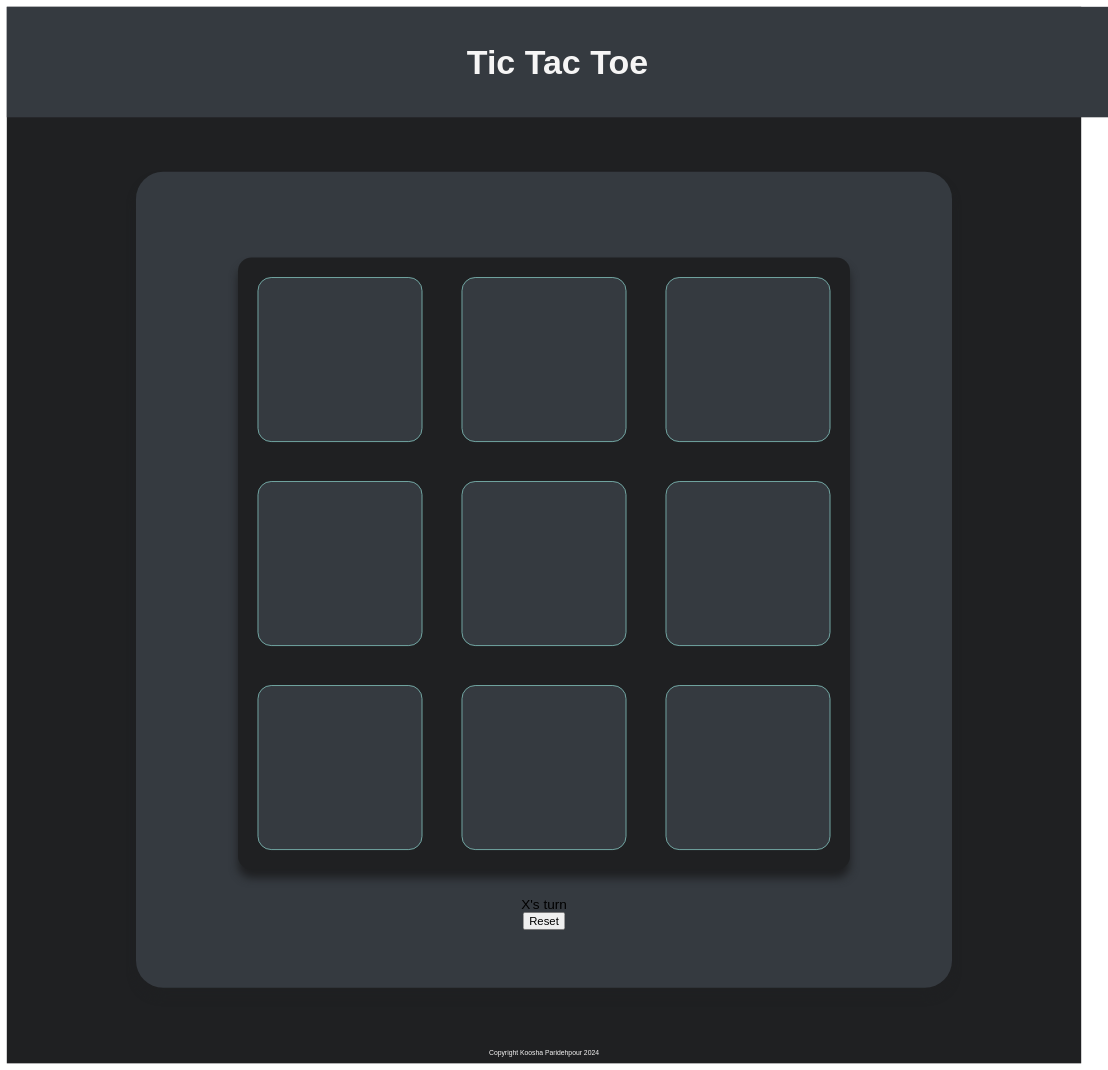
Repository: KooshaPari/odin-TTT
Page: index.html
An editor plug-in stored every save of this project. The page is shown before and after the next save, followed by the edit.
The browser window is 1280 px wide. The page is 1304 px wide, so the pictures cover 1304 px, including what lies to the right of the window. The pictures show the whole page, at 85% of full size.

Above is the page before, as saved 2024-03-14 22:55:55.

After the next save:
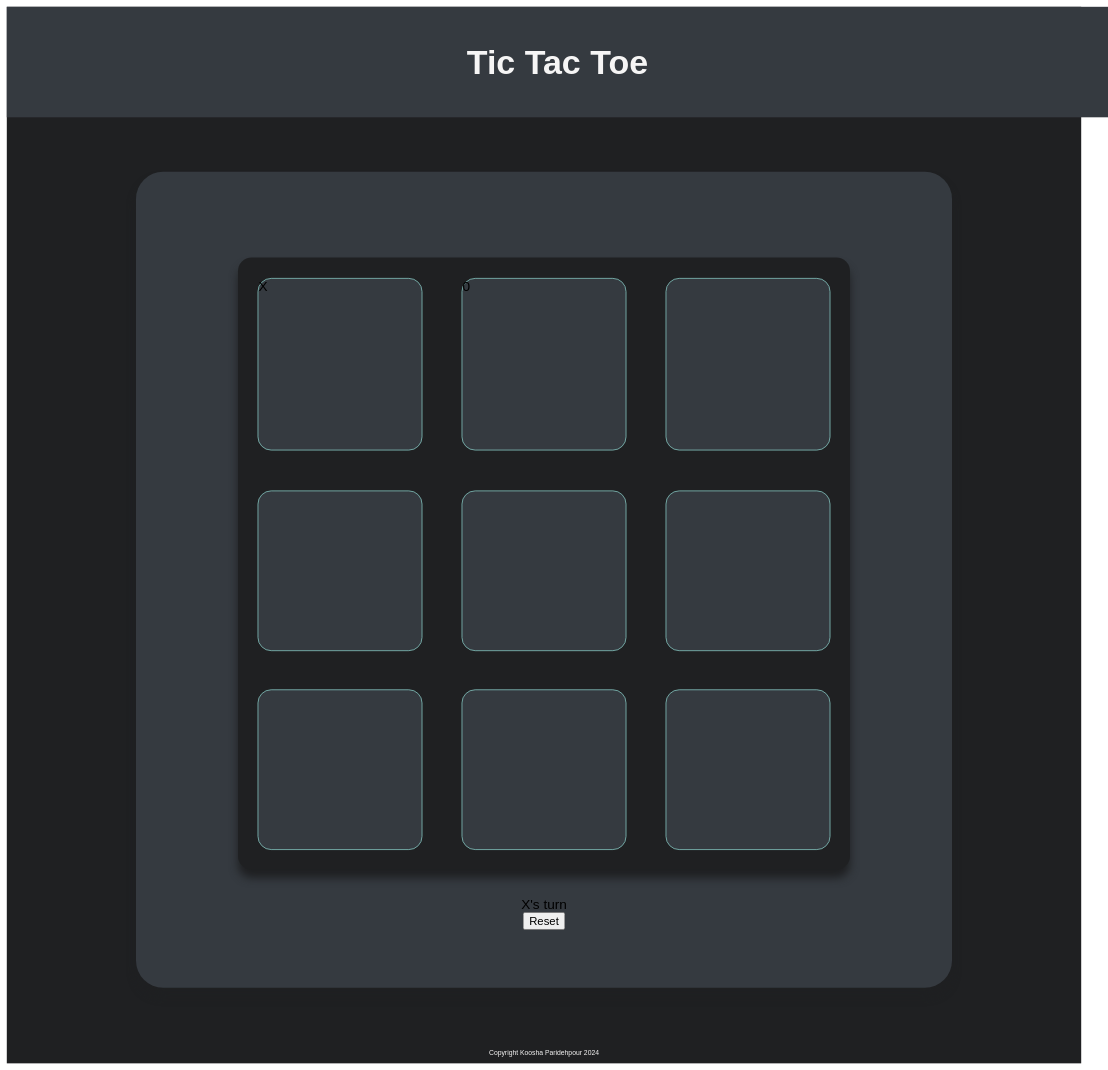
Saved 9 s later.
--- a/index.html
+++ b/index.html
@@ -15,8 +15,8 @@
       <div id="body">
         <div id="game">
           <div id="board">
-            <div class="square" id="0"></div>
-            <div class="square" id="1"></div>
+            <div class="square" id="0">X</div>
+            <div class="square" id="1">0</div>
             <div class="square" id="2"></div>
             <div class="square" id="3"></div>
             <div class="square" id="4"></div>
